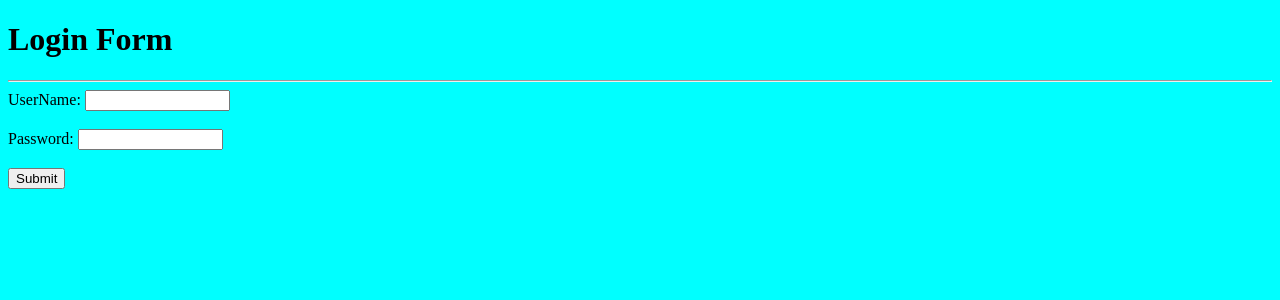
Repository: BinduRavulakolu/Day10
Page: LoginApp/WebContent/registration.html
These files come from the project's save history. The page is drawn as it stood at one moment and after the next save; the edit follows.
The browser window is 1280 px wide. The pictures show the whole page.

Above is the page before, as saved 2018-09-05 10:22:38.

After the next save:
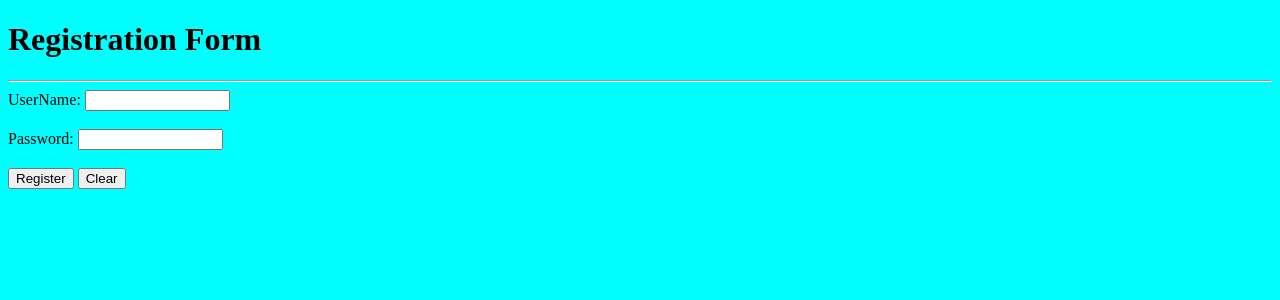
Saved 5 min 27 s later.
--- a/LoginApp/WebContent/registration.html
+++ b/LoginApp/WebContent/registration.html
@@ -5,7 +5,7 @@
 <title>Registration Page</title>
 </head>
 <body bgcolor="cyan">
-<h1>Login Form</h1>
+<h1>Registration Form</h1>
 <hr>
 <form action="register" method="post">
 <label>UserName: </label>
@@ -14,8 +14,8 @@
 <label>Password: </label>
 <input type="password" name="password" size="15">
 <br><br>
-<input type="submit"/>
-<!-- <input type="reset" value="Clear"> -->
+<input type="submit" value="Register"/>
+<input type="reset" value="Clear">
 </form>
 
 </body>
